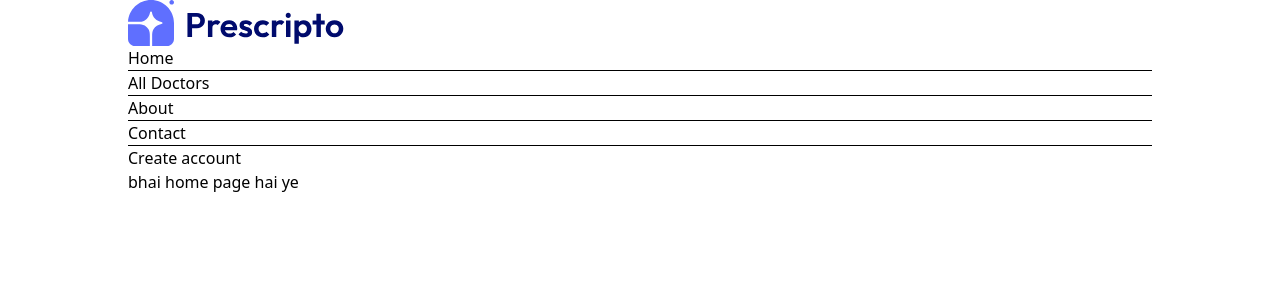
Repository: Pran2535/appointement_booking
Page: / (app in frontend/)
The author's editor kept a copy of each file at every save. The page is drawn from the files as they stood at one save, then again after the next save.
The browser window is 1280 px wide. The pictures show the whole page.
The project was rebuilt for these pictures with package versions that can differ from the ones it lists, and the page was loaded fresh each time. Also part of the build but not shown: frontend/vite.config.js, frontend/src/pages/About.jsx, frontend/src/pages/MyAppointments.jsx, frontend/src/pages/Doctors.jsx, frontend/src/pages/Login.jsx, frontend/src/pages/Contact.jsx, frontend/src/pages/MyProfile.jsx, frontend/src/pages/Appointment.jsx.

Above is the page before, as saved 2025-02-14 21:08:11.

After the next save:
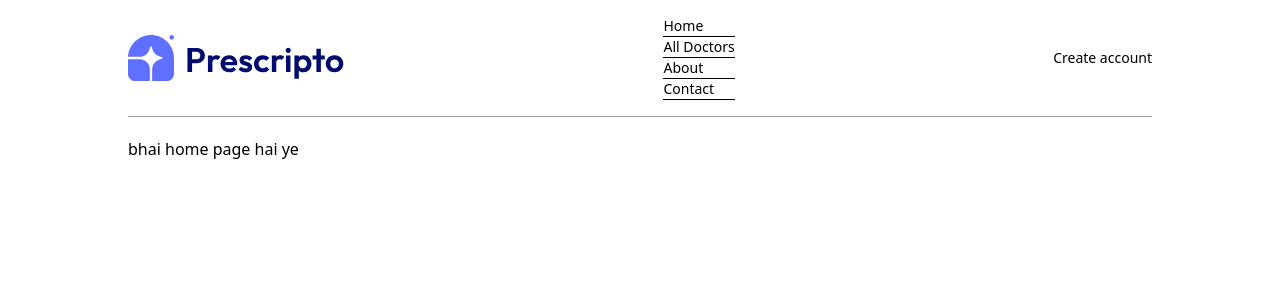
Saved 2 min 9 s later.
--- a/frontend/src/components/Navbar.jsx
+++ b/frontend/src/components/Navbar.jsx
@@ -3,7 +3,7 @@ import {assets}from '../assets/assets'
 import { NavLink } from 'react-router-dom'
 const Navbar = () => {
   return (
-    <div>
+    <div className='flex items-center justify-between text-sm py-4 mb-5 border-b border-b-gray-400'>
         <img src={assets.logo} alt="" />
         <ul>
             <NavLink>
